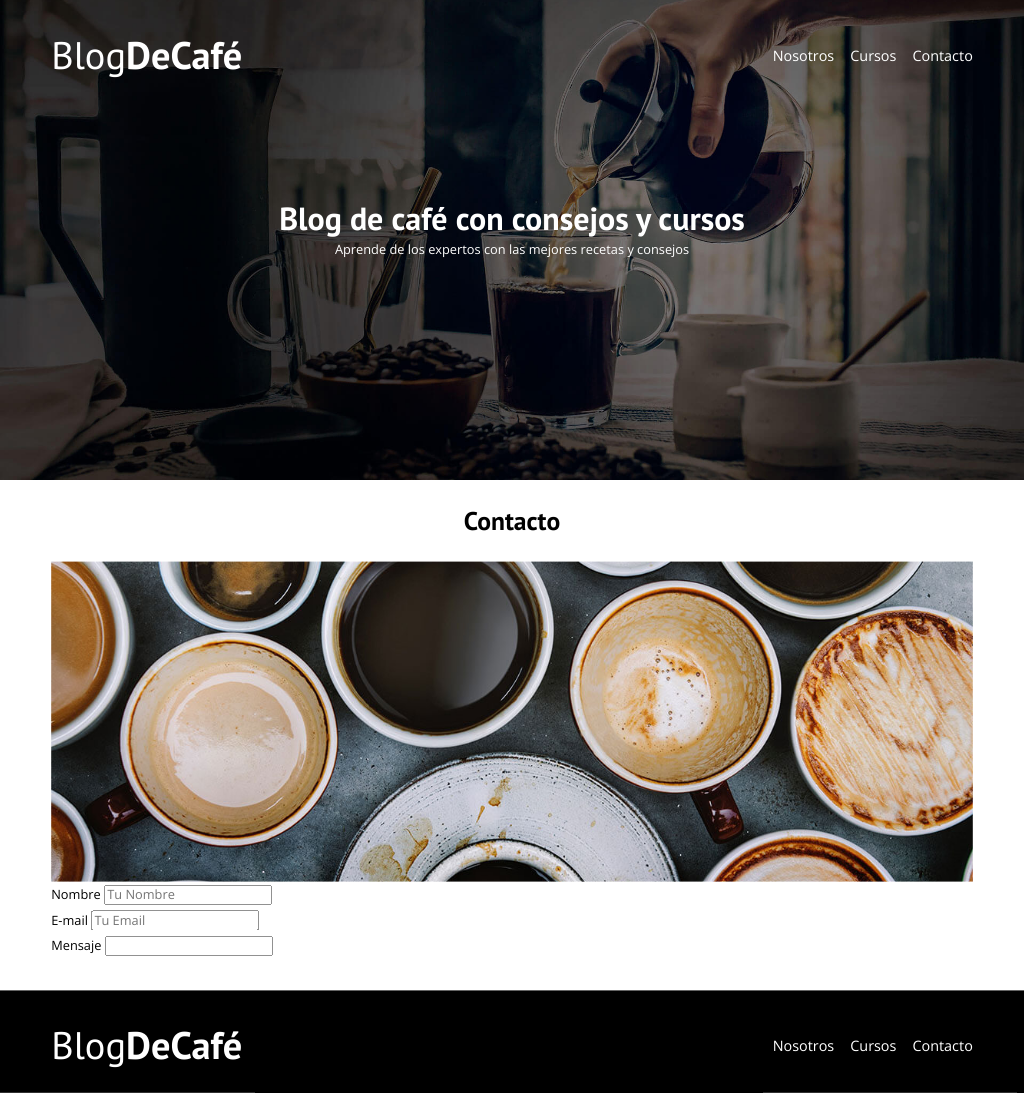
Repository: araque1990/blog_de_cafe
Page: contacto.html
An editor plug-in stored every save of this project. The page is shown before and after the next save, followed by the edit.
The browser window is 1280 px wide. The pictures show the whole page, at 80% of full size.

Above is the page before, as saved 2023-01-12 19:14:07.

### contacto.html
<!DOCTYPE html>
<html lang="es">
<head>
  <meta charset="UTF-8">
  <meta http-equiv="X-UA-Compatible" content="IE=edge">
  <meta name="viewport" content="width=device-width, initial-scale=1.0">
  <title>Blog de Café</title>
  <link rel="stylesheet" href="css/normalize.css">
  <link rel="preconnect" href="https://fonts.googleapis.com"><link rel="preconnect" href="https://fonts.gstatic.com" crossorigin><link href="https://fonts.googleapis.com/css2?family=Open+Sans&family=PT+Sans:wght@400;700&display=swap" rel="stylesheet">
  <link rel="stylesheet" href="css/styles.css">
</head>
<body>

  <header class="header">
    <div class="contenedor">
      <div class="barra">
        <a class="logo" href="index.html">
          <h1 class="logo__nombre no-margin centrar-texto">Blog<span class="logo__bold">DeCafé</span></h1>
        </a>

        <nav class="navegacion">
          <a href="nosotros.html" class="navegacion__enlace">Nosotros</a>
          <a href="cursos.html" class="navegacion__enlace">Cursos</a>
          <a href="contacto.html" class="navegacion__enlace">Contacto</a>
        </nav>
      </div>
    </div>
    <div class="header__texto">
      <h2 class="no-margin">Blog de café con consejos y cursos</h2>
      <p class="no-margin">Aprende de los expertos con las mejores recetas y consejos</p>
    </div>
  </header>

  <main class="contenedor">
    <h3 class="centrar-texto">Contacto</h3>

    <div class="contacto-bg"></div>

    <form class="formulario">
      <div class="campo">
        <label for="nombre">Nombre</label>
        <input type="text" id="nombre" placeholder="Tu Nombre">
      </div>

      <div class="campo">
        <label for="correo">E-mail</label>
        <input type="email" id="correo" placeholder="Tu Email">
      </div>

      <div class="campo">
        <label for="mensaje">Mensaje</label>
        <input type="textarea" id="mensaje">
      </div>
    </form>

  </main>

  <footer class="footer">
    <div class="contenedor">
      <div class="barra">
        <a class="logo" href="index.html">
          <h1 class="logo__nombre no-margin centrar-texto">Blog<span class="logo__bold">DeCafé</span></h1>
        </a>

        <nav class="navegacion">
          <a href="nosotros.html" class="navegacion__enlace">Nosotros</a>
          <a href="cursos.html" class="navegacion__enlace">Cursos</a>
          <a href="contacto.html" class="navegacion__enlace">Contacto</a>
        </nav>
      </div>
    </div>
  </footer>
</body>
</html>

### css/styles.css
:root {
  --fuenteHeading: 'PT Sans', sans-serif;
  --fuenteParrafos: 'Open Sans', sans-serif;

  --secundario: #784D3C;
  --gris: #E1E1E1;
  --blanco: #FFF;
  --negro: #000;
}
html {
  box-sizing: border-box;
  font-size: 62.5%;
}
*, *:before, *:after {
  box-sizing: inherit;
}
body {
  font-family: var(--fuenteParrafos);
  font-size: 1.6rem;
  line-height: 2;
}

/* Globales */
.contenedor {
  max-width: 120rem;
  width: 90%;
  /* width: min(90%, 120rem); //ESTO ES LO MISMO QUE LOS DOS ATRIBUTOS DE ARRIBA */
  margin: 0 auto;
}
a {
  text-decoration: none;
}
h1, h2, h3, h4 {
  font-family: var(--fuenteHeading);
  line-height: 1.2;
}
h1 {
  font-size: 4.8rem;
}
h2 {
  font-size: 4rem;
}
h3 {
  font-size: 3.2rem;
}
h4 {
  font-size: 2.8rem;
}
img {
  max-width: 100%;
}

/* Utilidades */
.no-margin {
  margin: 0;
}
.no-padding {
  padding: 0;
}
.centrar-texto {
  text-align: center;
}

/* Header */
.header {
  background-image: url(../img/banner.jpg);
  height: 60rem;
  background-size: cover;
  background-repeat: no-repeat;
  background-position: center center;
}
.header__texto {
  text-align: center;
  color: var(--blanco);
  margin-top: 5rem;
}

@media (min-width: 768px) {
  .header__texto {
    margin-top: 15rem;
  }
}

@media (min-width: 768px) {
  .barra {
    display: flex;
    justify-content: space-between;
    align-items: center;
  }
}
.barra {
  padding-top: 4rem;
}
.logo {
  color: var(--blanco);
}
.logo__nombre {
  font-weight: 400;
}
.logo__bold {
  font-weight: 700;
}

@media (min-width: 768px) {
  .navegacion {
    display: flex;
    gap: 2rem;
  }
}
.navegacion__enlace {
  display: block;
  text-align: center;
  font-size: 1.8rem;
  color: var(--blanco);
}

@media (min-width: 768px) {
  .contenido-principal {
    display: grid;
    grid-template-columns: 2fr 1fr;
    column-gap: 4rem;
  }
}

.entrada {
  border-bottom: 1px solid var(--gris);
  margin-bottom: 2rem;
}
.entrada:last-of-type {
  border: none;
  margin-bottom: 0;
}
.boton {
  display: block;
  font-family: var(--fuenteHeading);
  color: var(--blanco);
  text-align: center;
  padding: 1rem 3rem;
  font-size: 1.8rem;
  text-transform: uppercase;
  font-weight: 700;
  margin-bottom: 2rem;
}
@media (min-width: 768px) {
  .boton {
    display: inline-block;
  }
}
.boton--primario {
  background-color: var(--negro);
}
.boton--secundario {
  background-color: var(--secundario);
}

.cursos {
  list-style: none;
}

.widget-curso {
  border-bottom: 1px solid var(--gris);
  margin-bottom: 2rem;
}
.widget-curso:last-of-type {
  border: none;
  margin-bottom: 0;
}
.widget-curso__label {
  font-family: var(--fuenteHeading);
  font-weight: 700;
}
.widget-curso__info {
  font-weight: 400;
}
.widget-curso__info, .widget-curso__label {
  font-size: 2rem;
}

.footer {
  background-color: var(--negro);
  padding-bottom: 3rem;
  margin-top: 4rem;
}

/* Sobre Nosotros */
@media (min-width: 768px) {
  .sobre-nosotros {
    display: grid;
    grid-template-columns: repeat(2, 1fr);
    column-gap: 2rem;
  }
}

.curso {
  padding: 3rem 0;
  border-bottom: 1px solid var(--gris);
}
@media (min-width: 768px) {
  .curso{
    display: grid;
    grid-template-columns: 1fr 2fr;
    column-gap: 2rem;
  }
}
.curso:last-of-type {
  border: none;
}

/* NOTA: podemos simplemente añadir estas clases a los estilos de widget correspodientes para evitar duplicidades. */
.curso__label {
  font-family: var(--fuenteHeading);
  font-weight: 700;
}
.curso__info {
  font-weight: 400;
}
.curso__info, .curso__label {
  font-size: 2rem;
}

/* Contacto */
.contacto-bg {
  background-image: url(../img/contacto.jpg);
  height: 40rem;
  background-size: cover;
  background-repeat: no-repeat;
}
.formulario {
  width: 120rem;
}
.campo{
  display: block;
  width: 90%;
}

Loaded but not shown: css/normalize.css (library)

After the next save:
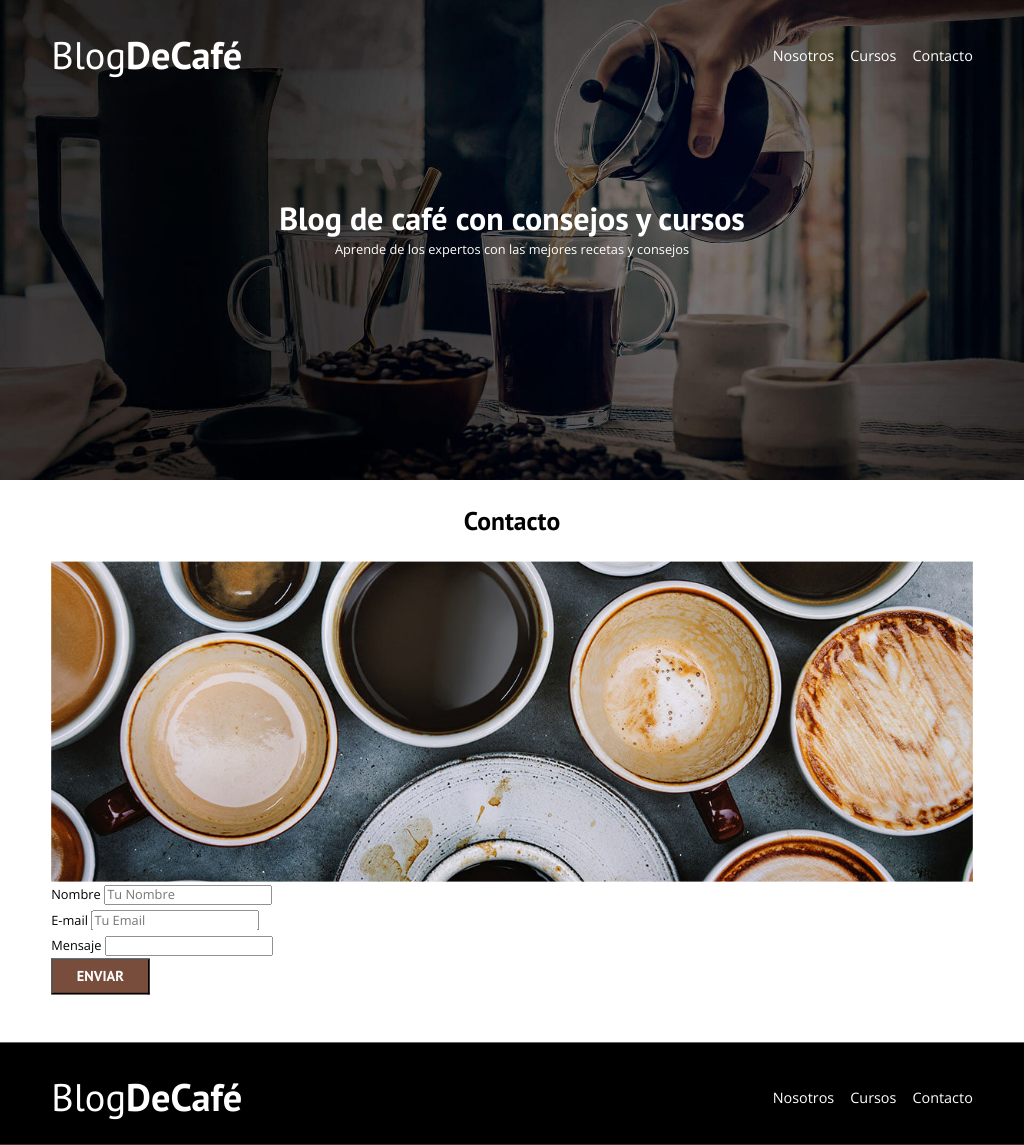
Saved 2 min 10 s later.
--- a/contacto.html
+++ b/contacto.html
@@ -51,6 +51,10 @@
         <label for="mensaje">Mensaje</label>
         <input type="textarea" id="mensaje">
       </div>
+
+      <div class="campo">
+        <input type="submit" value="Enviar" class="boton boton--secundario">
+      </div>
     </form>
 
   </main>
